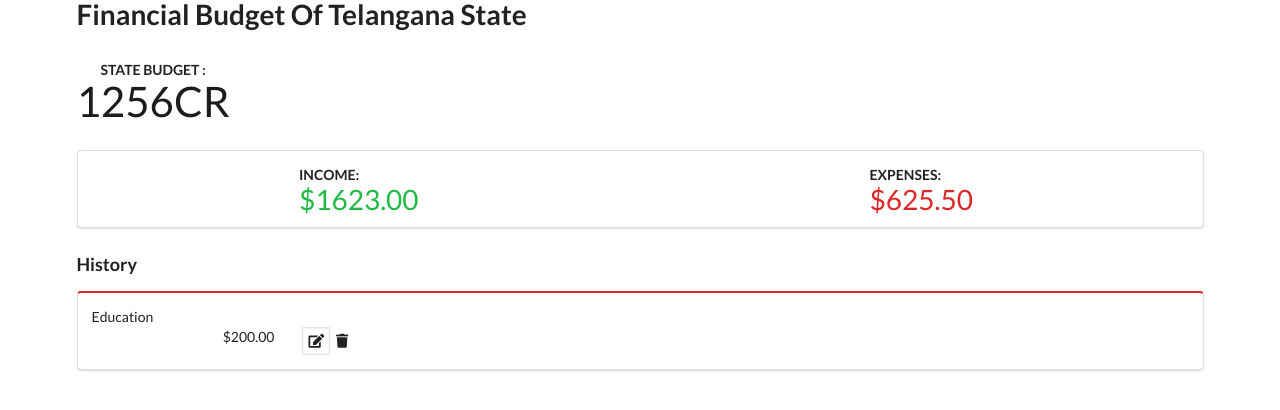
Repository: akHil07090709/advanced-react
Page: /
An editor plug-in stored every save of this project. The page is shown before and after the next save, followed by the edit.
The browser window is 1280 px wide. The pictures show the whole page.
The project was rebuilt for these pictures with package versions that can differ from the ones it lists, and the page was loaded fresh each time. Also part of the build but not shown: src/App.css.

Above is the page before, as saved 2021-05-25 07:46:00.

After the next save:
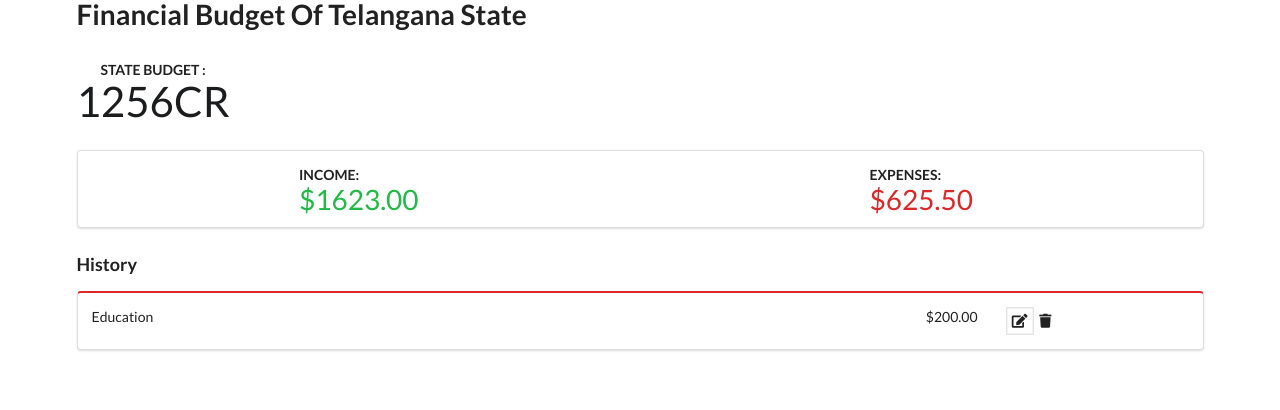
Saved 18 s later.
--- a/src/App.js
+++ b/src/App.js
@@ -43,7 +43,7 @@
       <Segment color="red">
         <Grid columns={3}>
           <Grid.Row>
-            <Grid.Column width={16}>Education</Grid.Column>
+            <Grid.Column width={10}>Education</Grid.Column>
             <Grid.Column width={3} textAlign="right">
               $200.00
             </Grid.Column>
